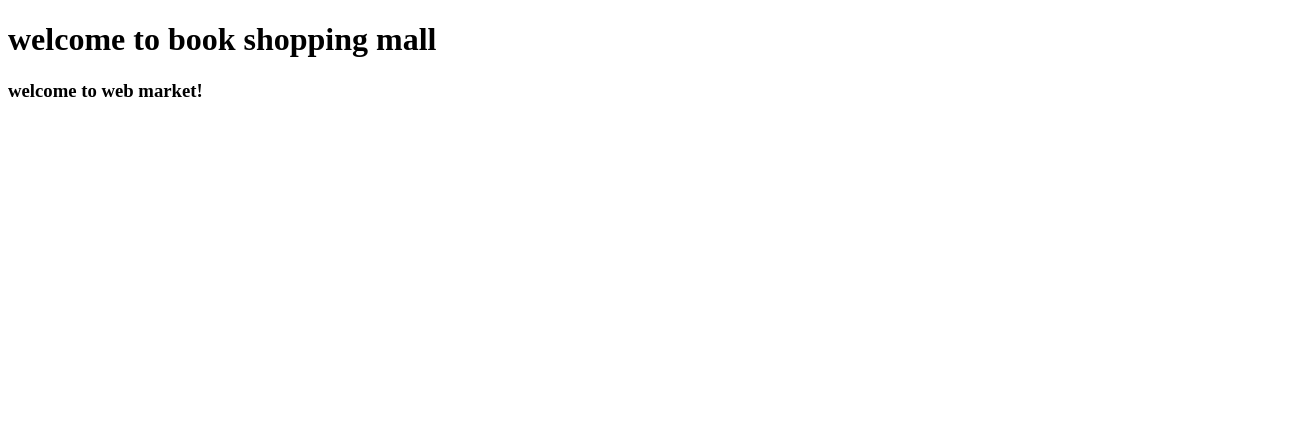
Repository: HyeongWook22/JSP
Page: http://localhost/bookmarket/welcome.jsp
The author's editor kept a copy of each file at every save. The page is drawn from the files as they stood at one save, then again after the next save.
The browser window is 1280 px wide. The page is 1280 px wide, then 1292 px, so the pictures cover 1292 px, including what lies to the right of the window. The pictures show the whole page.
The page is served by Tomcat 10. Other server files are loaded and not shown.

Above is the page before, as saved 2024-10-08 01:52:23.

### bookmarket/src/main/webapp/welcome.jsp
<%@ page language="java" contentType="text/html; charset=UTF-8"
    pageEncoding="UTF-8"%>
<!DOCTYPE html>
<html>
<head>
<meta charset="UTF-8">
<title>Insert title here</title>
</head>
<body>
	<h1>welcome to book shopping mall</h1>
	<h3>welcome to web market!</h3>
</body>
</html>

After the next save:
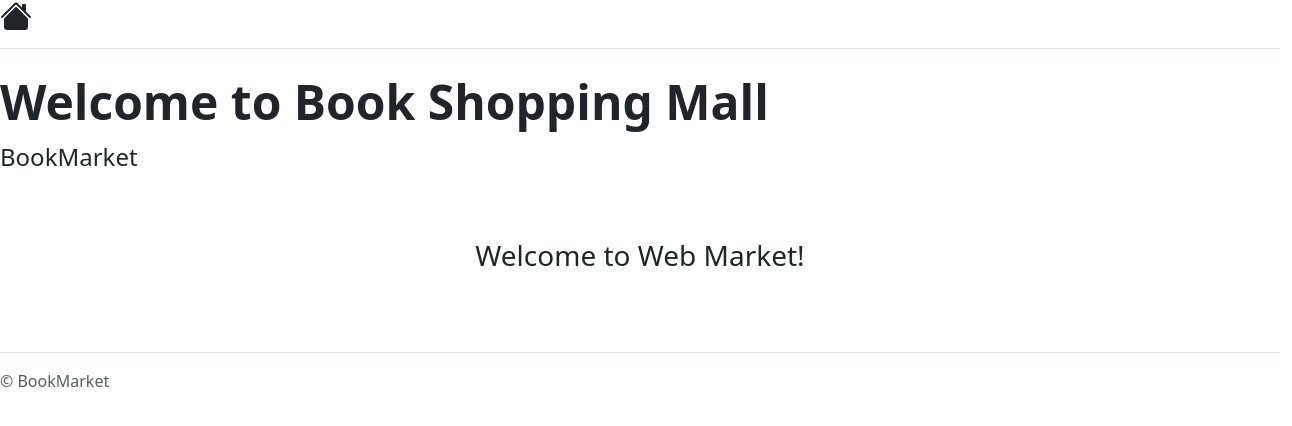
Saved 37 min 14 s later.
--- a/bookmarket/src/main/webapp/welcome.jsp
+++ b/bookmarket/src/main/webapp/welcome.jsp
@@ -3,11 +3,42 @@
 <!DOCTYPE html>
 <html>
 <head>
+<link href="https://cdn.jsdelivr.net/npm/bootstrap@5.3.0-alpha1/dist/css/bootstrap.min.css" rel="stylesheet">
 <meta charset="UTF-8">
-<title>Insert title here</title>
+<title>Welcome</title>
 </head>
 <body>
-	<h1>welcome to book shopping mall</h1>
-	<h3>welcome to web market!</h3>
+<div>
+	<header class = "pb-3 mb-4 border-bottom">
+		<a href ="./welcome.jsp" class = "d-flex align-items-center text-dark text-decoration-none">
+		<svg  width="32" height="32" fill="currentColor" class="bi bi-house-fill" viewBox="0 0 16 16">
+        <path d="M8.707 1.5a1 1 0 0 0-1.414 0L.646 8.146a.5.5 0 0 0 .708.708L8 2.207l6.646 6.647a.5.5 0 0 0 .708-.708L13 5.793V2.5a.5.5 0 0 0-.5-.5h-1a.5.5 0 0 0-.5.5v1.293L8.707 1.5Z"/>
+        <path d="m8 3.293 6 6V13.5a1.5 1.5 0 0 1-1.5 1.5h-9A1.5 1.5 0 0 1 2 13.5V9.293l6-6Z"/>
+        </svg>
+		</a>
+	</header>
+<%!
+String greeting = "Welcome to Book Shopping Mall";
+String tagline = "Welcome to Web Market!";
+%>
+	<div>
+		<div>
+			<h1 class = "display-5 fw-bold"><%=greeting %></h1>
+			<p class = "col-md-8 fs-4">BookMarket</p>
+		</div>
+	</div>
+
+	<div class = "row align-tiems-md-stretch   text-center">
+		<div class = "col-md-12">
+			<div class = "h-100 p-5">
+				<h3><%=tagline %></h3>
+			</div>
+		</div>
+	</div>
+
+	<footer class = "pt-3 mt-4 text-body-secondary border-top">
+		&copy; BookMarket
+	</footer>
+</div>
 </body>
 </html>
